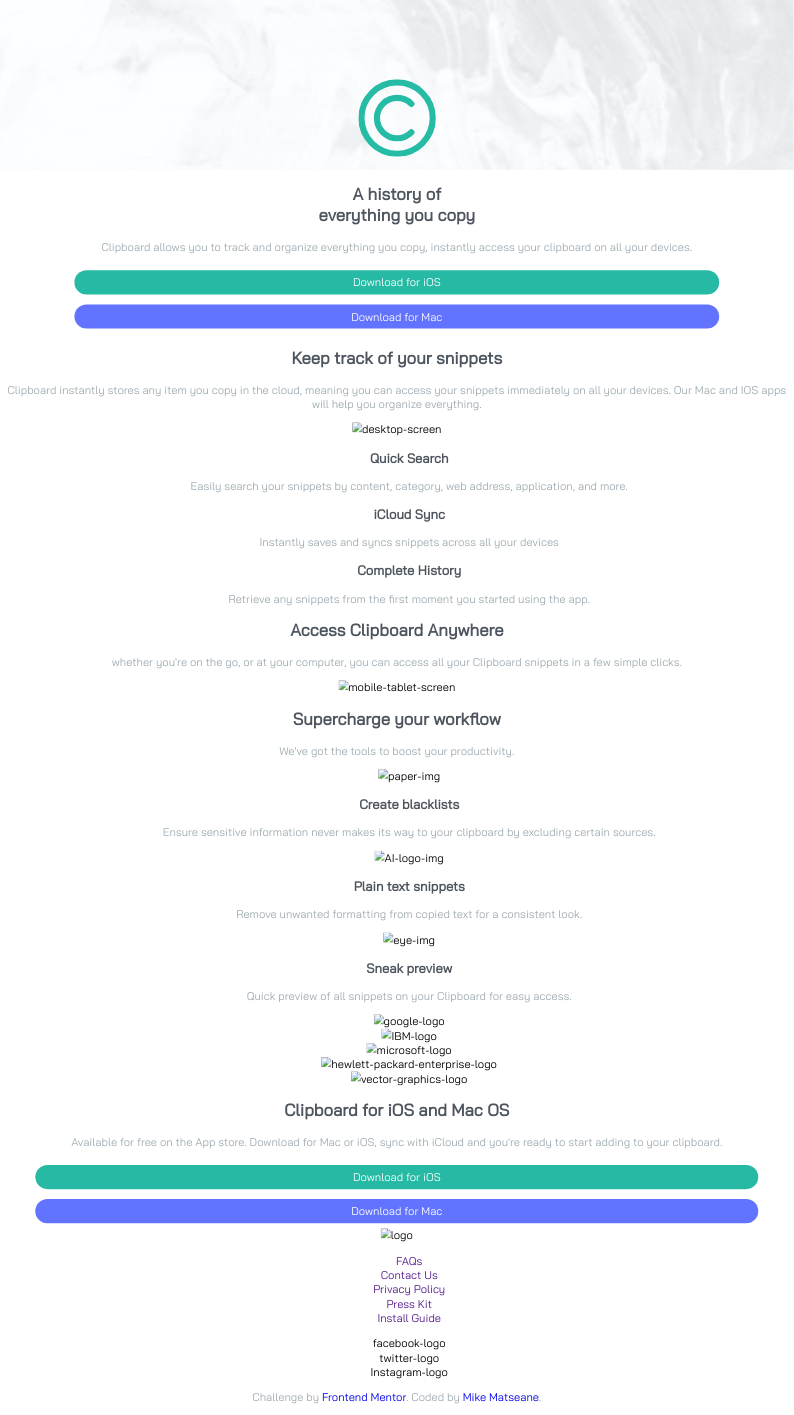
Repository: mikempho/Clipboard-landing-page
Page: index.html
These files come from the project's save history. The page is drawn as it stood at one moment and after the next save; the edit follows.
The browser window is 1280 px wide. The pictures show the whole page, at 62% of full size.

Above is the page before, as saved 2022-04-11 10:54:13.

After the next save:
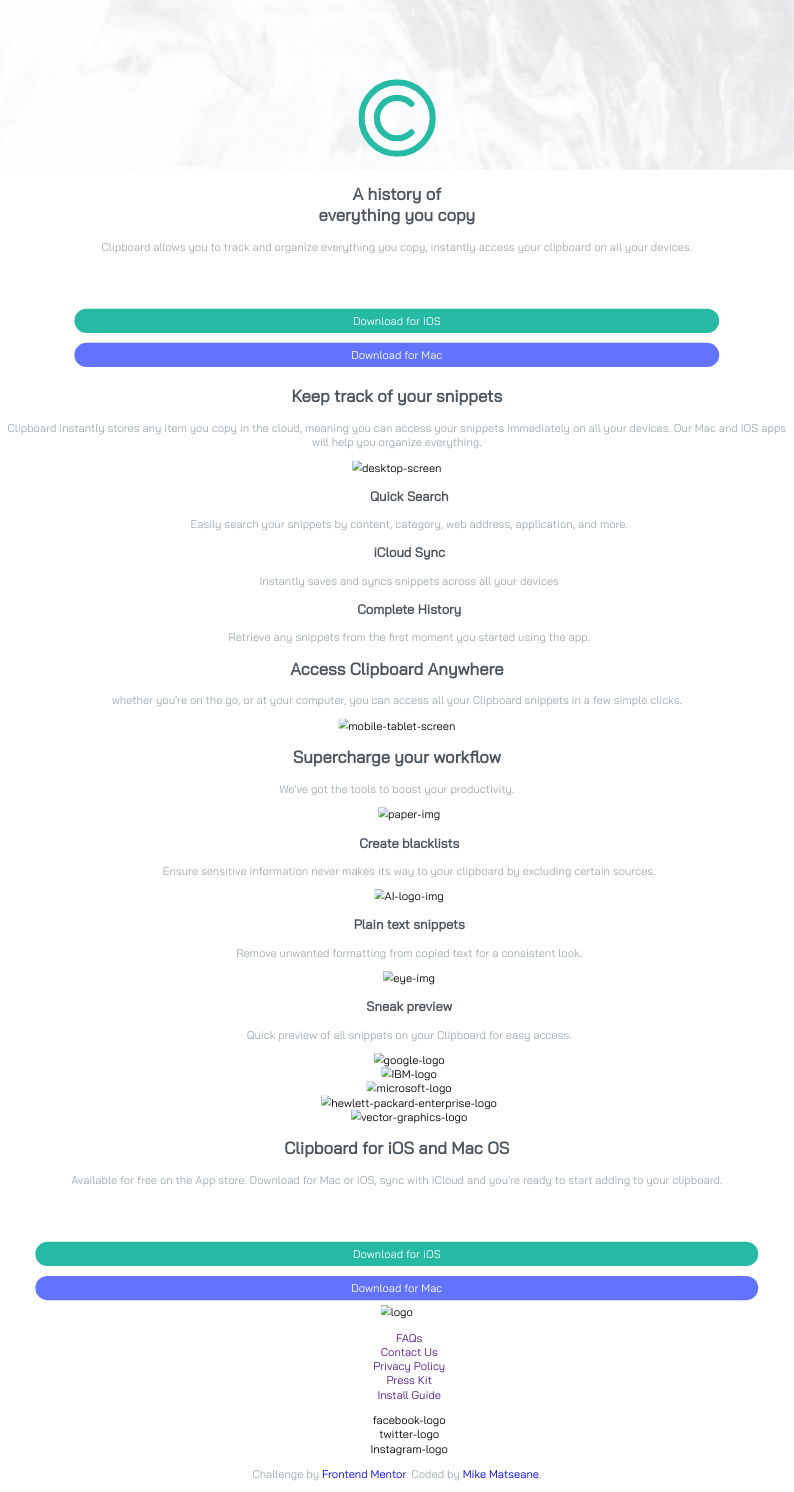
Saved 5 s later.
--- a/css/style.css
+++ b/css/style.css
@@ -54,7 +54,7 @@
 }
 
 .buttons{
-    margin-top: 7px;
+    margin-top: 80px;
 }
 .buttons a {
     display: inline-block;
